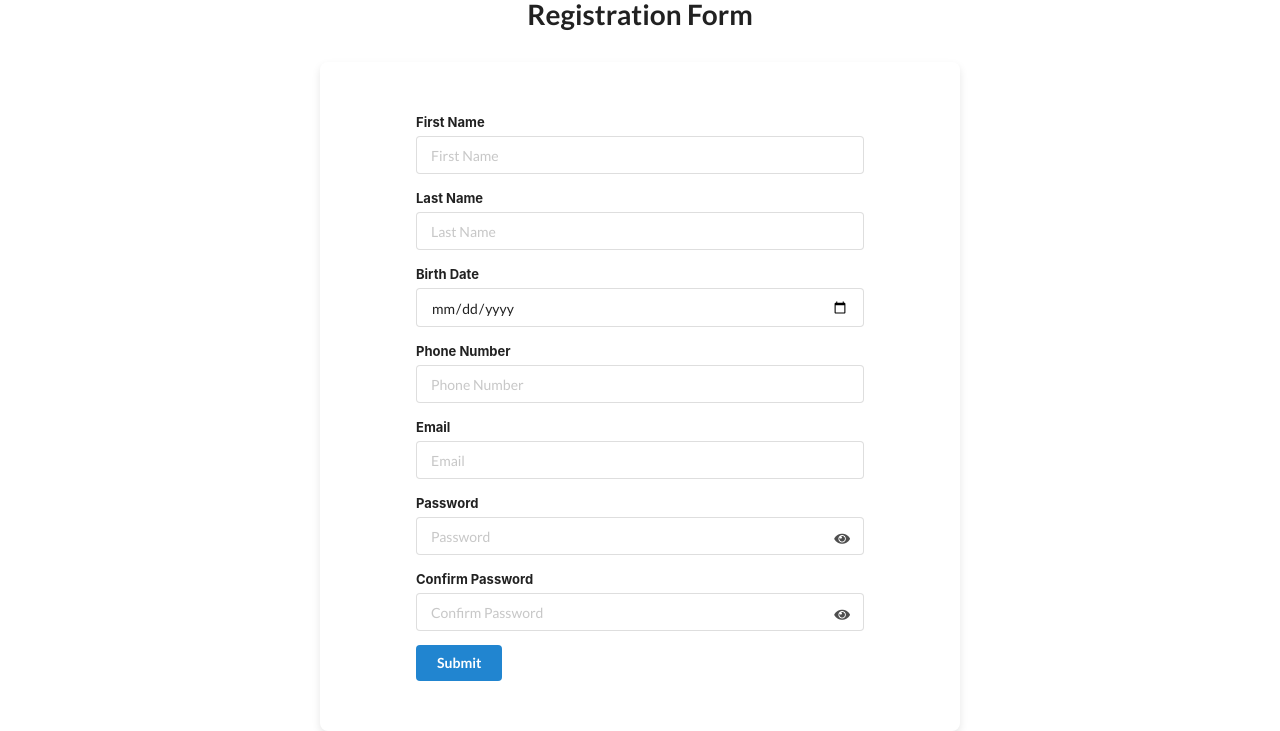
Repository: Wahid137/registration-form
Page: /
These files come from the project's save history. The page is drawn as it stood at one moment and after the next save; the edit follows.
The browser window is 1280 px wide. The pictures show the whole page.
The project was rebuilt for these pictures with package versions that can differ from the ones it lists, and the page was loaded fresh each time. Also part of the build but not shown: src/App.css.

Above is the page before, as saved 2024-05-01 13:08:58.

### src/index.js
import React from 'react';
import ReactDOM from 'react-dom/client';
import 'semantic-ui-css/semantic.min.css';
import App from './App';
import './index.css';
import reportWebVitals from './reportWebVitals';

const root = ReactDOM.createRoot(document.getElementById('root'));
root.render(
  <React.StrictMode>
    <App />
  </React.StrictMode>
);

// If you want to start measuring performance in your app, pass a function
// to log results (for example: reportWebVitals(console.log))
// or send to an analytics endpoint. Learn more: https://bit.ly/CRA-vitals
reportWebVitals();

### src/App.js
import { Header } from 'semantic-ui-react';
import './App.css';
import Register from './components/Register';

function App() {
  return (
    <div className="App">
      <Header as='h1' textAlign='center'>
        Registration Form
      </Header>
      <Register />
    </div>
  );
}

export default App;

### src/components/Register.js
import Joi from "joi";
import moment from "moment";
import React, { useState } from "react";
import { useForm } from "react-hook-form";
import { Button, Container, Form, FormField, Icon } from "semantic-ui-react";

const Register = () => {
    const [showPassword, setShowPassword] = useState(false); // State to toggle password visibility
    const [showConfirmPassword, setShowConfirmPassword] = useState(false); // State to toggle confirm password visibility
    const togglePasswordVisibility = () => setShowPassword(!showPassword);
    const toggleConfirmPasswordVisibility = () => setShowConfirmPassword(!showConfirmPassword);

    // Initialize React Hook Form
    const { register, handleSubmit, formState: { errors }, reset } = useForm();

    // State to hold errors
    const [formErrors, setFormErrors] = useState({});

    // Calculate the minimum birth date (18 years ago from today)
    const minBirthDate = moment().subtract(18, "years").format("YYYY-MM-DD");
    const nameRegex = /^[A-Za-z\s]+$/;
    const phoneRegex = /^[0-9]{10}$/;
    const passwordRegex = /^(?=.*[a-z])(?=.*[A-Z])(?=.*\d)[a-zA-Z\d]{3,30}$/;

    // Joi schema for validation
    const schema = Joi.object({
        firstName: Joi.string().min(2).max(20).pattern(nameRegex).required().messages({
            "string.base": "First name must be a string",
            "string.empty": "Please enter your first name",
            "string.min": "First name must have at least {#limit} characters",
            "string.max": "First name cannot exceed {#limit} characters",
            "string.pattern.base": "First name must contain only alphabets and spaces",
            "any.required": "First name is required",
        }),
        lastName: Joi.string().min(2).max(20).pattern(nameRegex).required().messages({
            "string.base": "Last name must be a string",
            "string.empty": "Please enter your last name",
            "string.min": "Last name must have at least {#limit} characters",
            "string.max": "Last name cannot exceed {#limit} characters",
            "string.pattern.base": "Last name must contain only alphabets and spaces",
            "any.required": "Last name is required",
        }),
        birthDate: Joi.date()
            .max(minBirthDate) // Set the maximum allowed birth date
            .required()
            .messages({
                "date.base": "Please enter a valid date",
                "date.max": "You must be at least 18 years old",
                "any.required": "Birth date is required",
            }),
        phoneNumber: Joi.string().pattern(phoneRegex).required().messages({
            "string.base": "Phone number must be a string",
            "string.empty": "Please enter your phone number",
            "string.pattern.base": "Phone number must be exactly 10 digits",
            "any.required": "Phone number is required",
        }),
        email: Joi.string().email({ tlds: { allow: false } }).required().messages({
            "string.base": "Email must be a string",
            "string.empty": "Please enter your email",
            "string.email": "Please enter a valid email address",
            "any.required": "Email is required",
        }),
        password: Joi.string().pattern(passwordRegex).required().messages({
            "string.base": "Password must be a string",
            "string.empty": "Please enter your password",
            "string.pattern.base": "Password must be 3 to 30 characters long and contain at least one lowercase letter, one uppercase letter, and one digit",
            "any.required": "Password is required",
            "any.only": "Password must contain at least one lowercase letter, one uppercase letter, and one digit"
        }),
        confirmPassword: Joi.string().required().valid(Joi.ref("password")).messages({
            "any.required": "Confirm password is required",
            "any.only": "Passwords do not match",
        }),
    });

    const getPasswordErrorMessage = (value) => {
        if (value.length < 3 || value.length > 30) {
            return "Password must be 3 to 30 characters long";
        }
        if (!/[a-z]/.test(value)) {
            return "Password must contain at least one lowercase letter";
        }
        if (!/[A-Z]/.test(value)) {
            return "Password must contain at least one uppercase letter";
        }
        if (!/[0-9]/.test(value)) {
            return "Password must contain at least one digit";
        }
        return "";
    };

    const onSubmit = (data) => {
        // Validate using Joi schema
        const { error } = schema.validate(data, { abortEarly: false });
        if (error) {
            const errorMessage = {};
            error.details.forEach((detail) => {
                errorMessage[detail.path[0]] = detail.message;
            });
            // Additional password validation based on input
            if (data.password) {
                errorMessage.password = getPasswordErrorMessage(data.password);
            }
            setFormErrors(errorMessage); // Set errors in component state
            return; // Exit early if there are errors
        }
        console.log(data);
        reset(); // Reset the form after successful submission
        setFormErrors({}); // Clear all errors after successful submission
    };

    return (
        <Container
            style={{
                marginTop: "30px",
                display: "flex",
                width: "50%",
                justifyContent: "center",
                paddingTop: "50px",
                paddingBottom: "50px",
                boxShadow: "0 4px 8px rgba(0,0,0,0.1)", // Add shadow effect
                borderRadius: "8px", // Add border radius for rounded corners
            }}
        >
            <Form style={{ width: "70%" }} onSubmit={handleSubmit(onSubmit)}>
                <div style={{ marginBottom: "1rem" }}>
                    <FormField error={formErrors.firstName !== undefined}>
                        <label>First Name</label>
                        <input
                            placeholder="First Name"
                            {...register("firstName")}
                            className={formErrors.firstName ? "error" : ""}
                        />
                        {formErrors.firstName && (
                            <div className="ui pointing red basic label">
                                {formErrors.firstName}
                            </div>
                        )}
                    </FormField>
                </div>
                <div style={{ marginBottom: "1rem" }}>
                    <FormField error={formErrors.lastName !== undefined}>
                        <label>Last Name</label>
                        <input
                            placeholder="Last Name"
                            {...register("lastName")}
                            className={formErrors.lastName ? "error" : ""}
                        />
                        {formErrors.lastName && (
                            <div className="ui pointing red basic label">
                                {formErrors.lastName}
                            </div>
                        )}
                    </FormField>
                </div>
                <div style={{ marginBottom: "1rem" }}>
                    <FormField error={formErrors.birthDate !== undefined}>
                        <label>Birth Date</label>
                        <input
                            type="date"
                            name="birthDate"
                            {...register("birthDate")}
                            className={formErrors.birthDate ? "error" : ""}
                        />
                        {formErrors.birthDate && (
                            <div className="ui pointing red basic label">
                                {formErrors.birthDate}
                            </div>
                        )}
                    </FormField>
                </div>
                <div style={{ marginBottom: "1rem" }}>
                    <FormField error={formErrors.phoneNumber !== undefined}>
                        <label>Phone Number</label>
                        <input
                            placeholder="Phone Number"
                            {...register("phoneNumber")}
                            className={formErrors.phoneNumber ? "error" : ""}
                        />
                        {formErrors.phoneNumber && (
                            <div className="ui pointing red basic label">
                                {formErrors.phoneNumber}
                            </div>
                        )}
                    </FormField>
                </div>
                <div style={{ marginBottom: "1rem" }}>
                    <FormField error={formErrors.email !== undefined}>
                        <label>Email</label>
                        <input
                            placeholder="Email"
                            {...register("email")}
                            className={formErrors.email ? "error" : ""}
                        />
                        {formErrors.email && (
                            <div className="ui pointing red basic label">
                                {formErrors.email}
                            </div>
                        )}
                    </FormField>
                </div>
                <div style={{ marginBottom: "1rem" }}>
                    <FormField error={formErrors.password !== undefined}>
                        <label>Password</label>
                        <div className="ui input">
                            <input
                                type={showPassword ? "text" : "password"}
                                placeholder="Password"
                                {...register("password")}
                                className={formErrors.password ? "error" : ""}
                            />
                            <Icon
                                name={showPassword ? "eye slash" : "eye"}
                                link
                                onClick={togglePasswordVisibility}
                                style={{ cursor: "pointer", position: "absolute", right: "10px", top: "50%", transform: "translateY(-50%)" }}
                            />
                        </div>
                        {formErrors.password && (
                            <div className="ui pointing red basic label">
                                {formErrors.password}
                            </div>
                        )}
                    </FormField>
                </div>
                <div style={{ marginBottom: "1rem" }}>
                    <FormField error={formErrors.confirmPassword !== undefined}>
                        <label>Confirm Password</label>
                        <div className="ui input">
                            <input
                                type={showConfirmPassword ? "text" : "password"}
                                placeholder="Confirm Password"
                                {...register("confirmPassword")}
                                className={formErrors.confirmPassword ? "error" : ""}
                            />
                            <Icon
                                name={showConfirmPassword ? "eye slash" : "eye"}
                                link
                                onClick={toggleConfirmPasswordVisibility}
                                style={{ cursor: "pointer", position: "absolute", right: "10px", top: "50%", transform: "translateY(-50%)" }}
                            />
                        </div>
                        {formErrors.confirmPassword && (
                            <div className="ui pointing red basic label">
                                {formErrors.confirmPassword}
                            </div>
                        )}
                    </FormField>
                </div>
                <Button type="submit" color="blue">
                    Submit
                </Button>
            </Form>
        </Container>
    );
};

export default Register;

Loaded but not shown: public/index.html (common file); src/index.css (common file); src/reportWebVitals.js (common file)

After the next save:
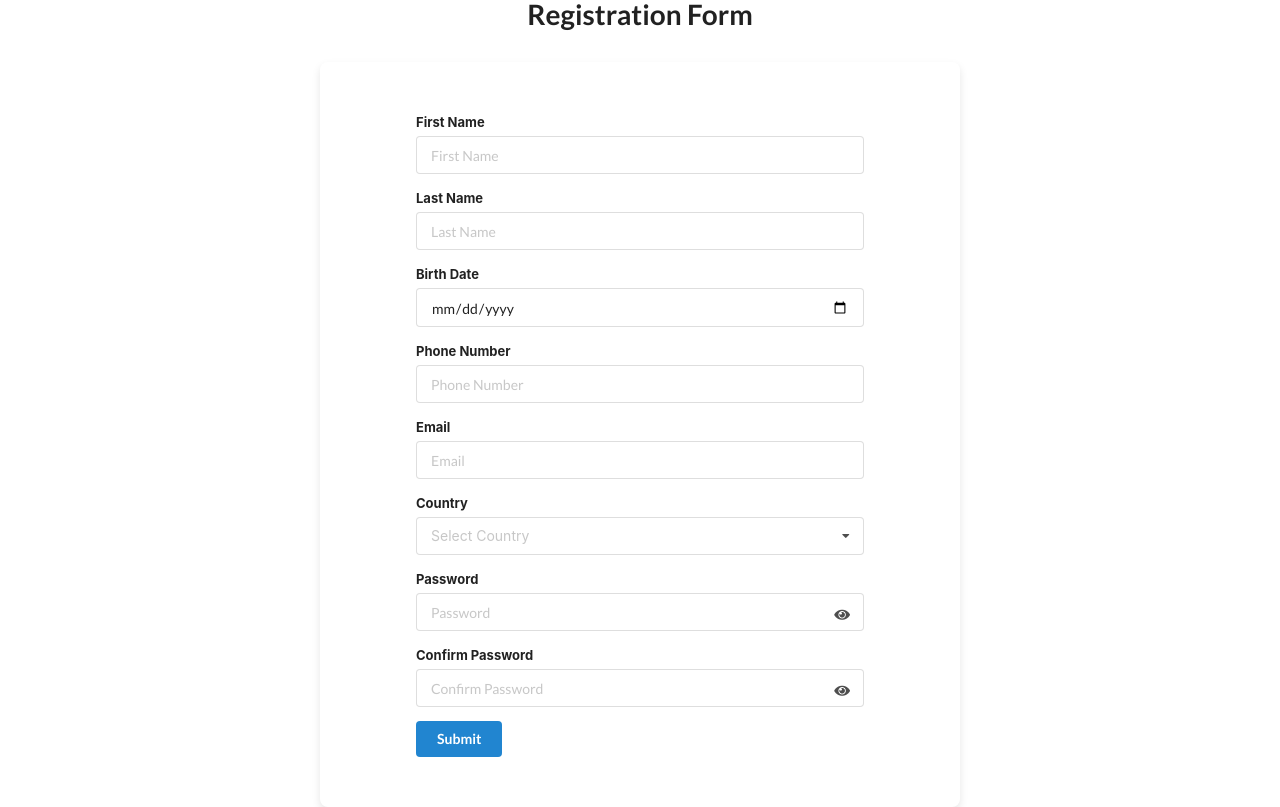
Saved 5 min 12 s later.
--- a/src/components/Register.js
+++ b/src/components/Register.js
@@ -2,13 +2,27 @@
 import moment from "moment";
 import React, { useState } from "react";
 import { useForm } from "react-hook-form";
-import { Button, Container, Form, FormField, Icon } from "semantic-ui-react";
+import { Button, Container, Form, FormField, Icon, Select } from "semantic-ui-react";
 
 const Register = () => {
     const [showPassword, setShowPassword] = useState(false); // State to toggle password visibility
     const [showConfirmPassword, setShowConfirmPassword] = useState(false); // State to toggle confirm password visibility
     const togglePasswordVisibility = () => setShowPassword(!showPassword);
     const toggleConfirmPasswordVisibility = () => setShowConfirmPassword(!showConfirmPassword);
+
+    // Country options
+    const countryOptions = [
+        { key: "US", value: "US", text: "United States" },
+        { key: "CA", value: "CA", text: "Canada" },
+        { key: "UK", value: "UK", text: "United Kingdom" },
+        { key: "AU", value: "AU", text: "Australia" },
+        { key: "DE", value: "DE", text: "Germany" },
+        { key: "FR", value: "FR", text: "France" },
+        { key: "JP", value: "JP", text: "Japan" },
+        { key: "CN", value: "CN", text: "China" },
+        { key: "IN", value: "IN", text: "India" },
+        { key: "BR", value: "BR", text: "Brazil" },
+    ];
 
     // Initialize React Hook Form
     const { register, handleSubmit, formState: { errors }, reset } = useForm();
@@ -59,6 +73,9 @@
             "string.empty": "Please enter your email",
             "string.email": "Please enter a valid email address",
             "any.required": "Email is required",
+        }),
+        country: Joi.string().required().messages({
+            "any.required": "Country selection is required",
         }),
         password: Joi.string().pattern(passwordRegex).required().messages({
             "string.base": "Password must be a string",
@@ -200,6 +217,22 @@
                     </FormField>
                 </div>
                 <div style={{ marginBottom: "1rem" }}>
+                    <FormField error={formErrors.country !== undefined}>
+                        <label>Country</label>
+                        <Select
+                            options={countryOptions}
+                            placeholder="Select Country"
+                            {...register("country")}
+                            className={formErrors.country ? "error" : ""}
+                        />
+                        {formErrors.country && (
+                            <div className="ui pointing red basic label">
+                                {formErrors.country}
+                            </div>
+                        )}
+                    </FormField>
+                </div>
+                <div style={{ marginBottom: "1rem" }}>
                     <FormField error={formErrors.password !== undefined}>
                         <label>Password</label>
                         <div className="ui input">

After the 2 saves that followed:
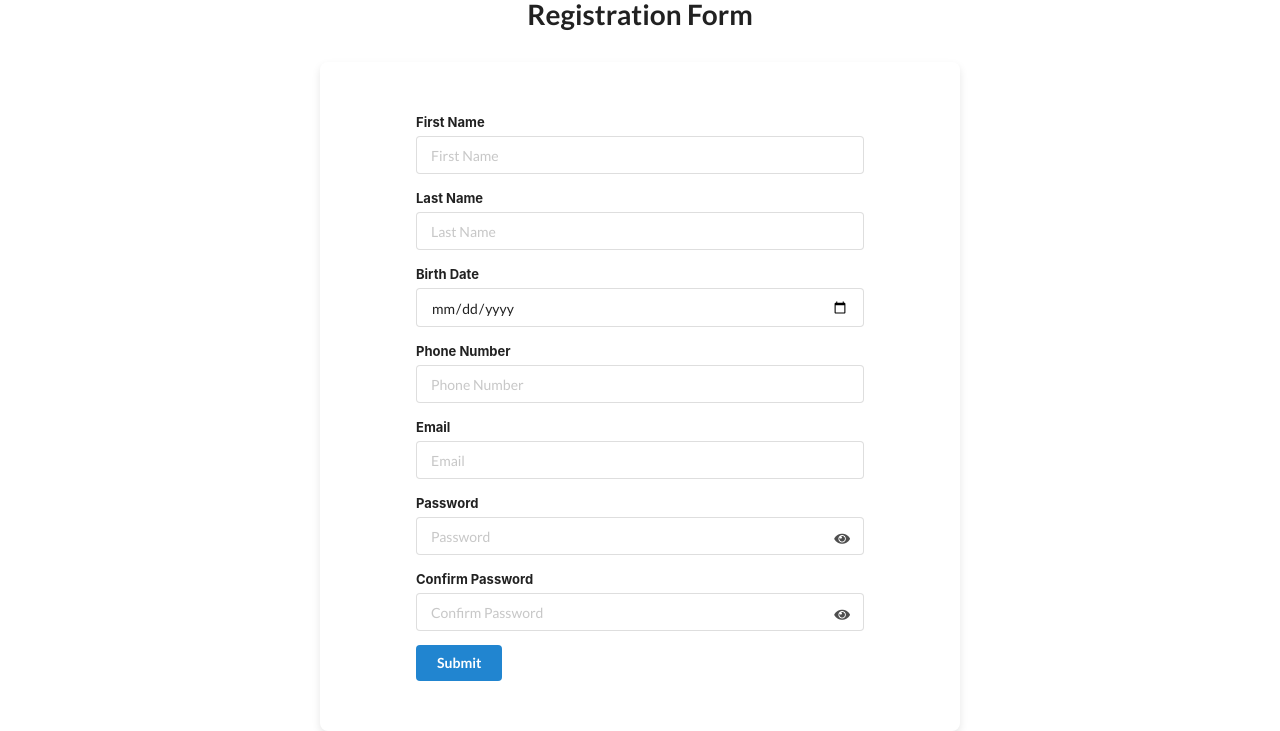
The 2 saves are shown as one change because 1 left the picture as it was.
The last was saved 6 min 47 s later.
--- a/src/components/Register.js
+++ b/src/components/Register.js
@@ -2,7 +2,7 @@
 import moment from "moment";
 import React, { useState } from "react";
 import { useForm } from "react-hook-form";
-import { Button, Container, Form, FormField, Icon, Select } from "semantic-ui-react";
+import { Button, Container, Form, FormField, Icon } from "semantic-ui-react";
 
 const Register = () => {
     const [showPassword, setShowPassword] = useState(false); // State to toggle password visibility
@@ -10,22 +10,9 @@
     const togglePasswordVisibility = () => setShowPassword(!showPassword);
     const toggleConfirmPasswordVisibility = () => setShowConfirmPassword(!showConfirmPassword);
 
-    // Country options
-    const countryOptions = [
-        { key: "US", value: "US", text: "United States" },
-        { key: "CA", value: "CA", text: "Canada" },
-        { key: "UK", value: "UK", text: "United Kingdom" },
-        { key: "AU", value: "AU", text: "Australia" },
-        { key: "DE", value: "DE", text: "Germany" },
-        { key: "FR", value: "FR", text: "France" },
-        { key: "JP", value: "JP", text: "Japan" },
-        { key: "CN", value: "CN", text: "China" },
-        { key: "IN", value: "IN", text: "India" },
-        { key: "BR", value: "BR", text: "Brazil" },
-    ];
-
     // Initialize React Hook Form
-    const { register, handleSubmit, formState: { errors }, reset } = useForm();
+    const { register, handleSubmit, formState: { errors }, reset, watch } = useForm();
+    const password = watch("password", "");
 
     // State to hold errors
     const [formErrors, setFormErrors] = useState({});
@@ -74,15 +61,11 @@
             "string.email": "Please enter a valid email address",
             "any.required": "Email is required",
         }),
-        country: Joi.string().required().messages({
-            "any.required": "Country selection is required",
-        }),
         password: Joi.string().pattern(passwordRegex).required().messages({
             "string.base": "Password must be a string",
             "string.empty": "Please enter your password",
             "string.pattern.base": "Password must be 3 to 30 characters long and contain at least one lowercase letter, one uppercase letter, and one digit",
             "any.required": "Password is required",
-            "any.only": "Password must contain at least one lowercase letter, one uppercase letter, and one digit"
         }),
         confirmPassword: Joi.string().required().valid(Joi.ref("password")).messages({
             "any.required": "Confirm password is required",
@@ -217,22 +200,6 @@
                     </FormField>
                 </div>
                 <div style={{ marginBottom: "1rem" }}>
-                    <FormField error={formErrors.country !== undefined}>
-                        <label>Country</label>
-                        <Select
-                            options={countryOptions}
-                            placeholder="Select Country"
-                            {...register("country")}
-                            className={formErrors.country ? "error" : ""}
-                        />
-                        {formErrors.country && (
-                            <div className="ui pointing red basic label">
-                                {formErrors.country}
-                            </div>
-                        )}
-                    </FormField>
-                </div>
-                <div style={{ marginBottom: "1rem" }}>
                     <FormField error={formErrors.password !== undefined}>
                         <label>Password</label>
                         <div className="ui input">
